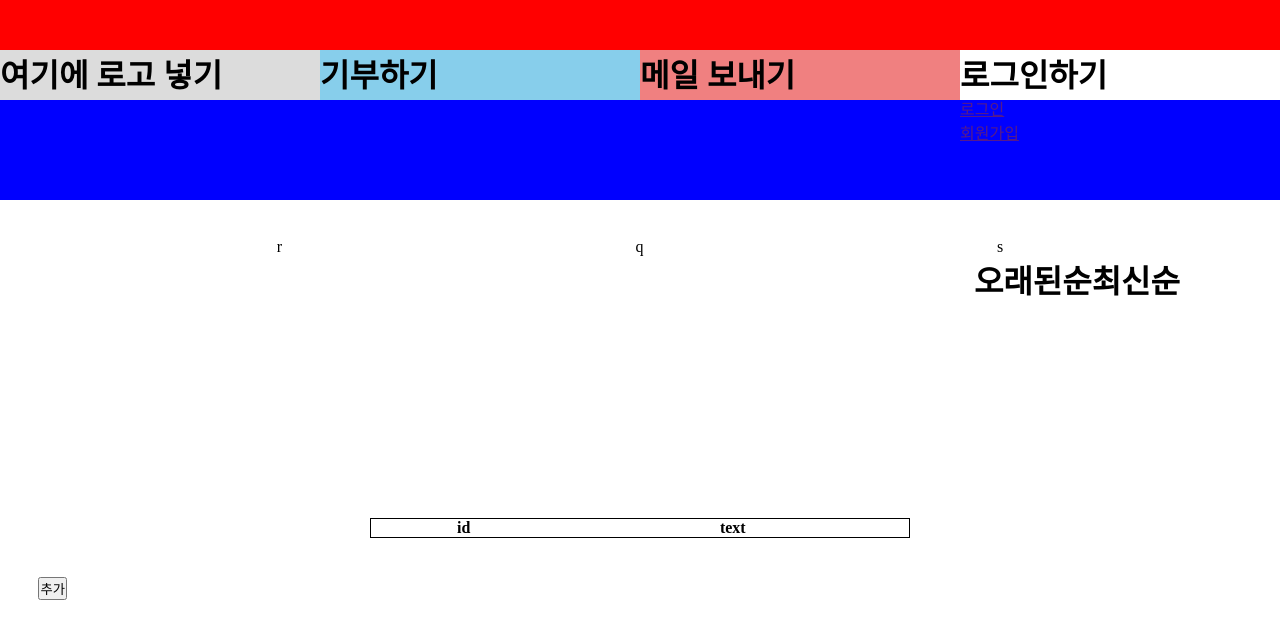
Repository: Yeojin0523/Survey
Page: http://localhost/Blog/Blog/list.jsp
These files come from the project's save history. The page is drawn as it stood at one moment and after the next save; the edit follows.
The browser window is 1280 px wide. The pictures show the whole page.
The page is served by Tomcat 9. Other server files are loaded and not shown. The template is opened directly, without the code that normally fills it, so the values that code supplies are empty.

Above is the page before, as saved 2024-07-29 08:26:29.

### Blog/src/main/webapp/Blog/list.jsp
<%@ page language="java" contentType="text/html; charset=UTF-8"
	pageEncoding="UTF-8"%>
<%@ page import="java.util.List"%>
<%@ page import="java.util.ArrayList"%>
<%@ page import="java.sql.DriverManager"%>
<%@ page import="java.sql.ResultSet"%>
<%@ page import="java.sql.PreparedStatement"%>
<%@ page import="java.sql.Connection"%>
<%@ page import="java.sql.SQLException"%>

<%
Connection conn = null;
PreparedStatement pstmt = null;
ResultSet rs = null;
%>

<!DOCTYPE html>
<html>
<head>
<meta charset="UTF-8">
<title>my blog</title>
<script src="list.js"></script>
<link rel="stylesheet" href="list.css">
</head>
<body>
	<div class="wrapper">
		<div class="wrap">
			<div class="top_gnb_area"></div>
			<div class="top_area">
				<div class="logo_area">
					<h1>여기에 로고 넣기</h1>
				</div>
				<div class="donate_area">
					<h1>기부하기</h1>
				</div>

				<div class="mail_area">
					<h1>메일 보내기</h1>
				</div>
				<div class="login_area">
					<h1>로그인하기</h1>
					<!-- 로그인 안한 상태 -->
					<c:if test="${memeber == null}">
						<div class="loginBtn">
							<a href="">로그인</a>
						</div>
						<span><a href="">회원가입</a></span>
					</c:if>
				</div>
			</div>
		</div>
	</div>
	<div class="frame">
		<table class="outer_table">
			<tr class="category">
				<td>r</td>
				<td>q</td>
				<td>s</td>
			</tr>
			<tr class="list" colspan="2">
				<td>
					<h1>최신순</h1>
				</td>
				<td>
					<h1>오래된순</h1>
				</td>
			</tr>
			<tr>
				<td colspan="3">
					<div class="content">
						<div class="donateList">
							<table class="inner_table">
								<tr>
									<th>id</th>
									<th>text</th>
								</tr>
								<%
								try {
									Class.forName("oracle.jdbc.driver.OracleDriver");
									conn = DriverManager.getConnection("jdbc:oracle:thin:@localhost:1521:XE", "c##systemid", "systempwd");
									String sql = "SELECT * FROM blog";
									pstmt = conn.prepareStatement(sql);
									rs = pstmt.executeQuery();

									while (rs.next()) {
										out.println("<tr>");
										out.println("<td>" + rs.getInt("seq") + "</td>");
										out.println("<td>" + rs.getString("text") + "</td>");
										out.println("</tr>");
									}
								} catch (Exception e) {
									e.printStackTrace();
								} finally {
									try {
										if (rs != null)
									rs.close();
										if (pstmt != null)
									pstmt.close();
										if (conn != null)
									conn.close();
									} catch (Exception e) {
										e.printStackTrace();
									}
								}
								%>
							</table>
						</div>
					</div>
				</td>
			</tr>
		</table>
	</div>


	<div class="button_area">
		<button id="insertBtn">추가</button>
	</div>
</body>
</html>

### Blog/src/main/webapp/Blog/list.js
/** list.js의 script file
 *
 */
document.addEventListener("DOMContentLoaded", function(){
	document.getElementById("insertBtn").addEventListener("click", function(){
		window.location.href="InsertForm.jsp";
	});
});

### Blog/src/main/webapp/Blog/list.css
@charset "UTF-8";
*{
	margin:0;
	padding:0;
}
/*화면 전체*/
.wrapper{
	width:100%;
}
/*content 랩*/
.content{
	width:1080px;
	margin:auto;
}
.top_gnb_area{
	width:100%;
	height:50px;
	background-color: red;
}
.top_area{
	width:100%;
	height:150px;
	background-color: blue;
	align-items: center;
}
.logo_area{
	width:25%;
	height:50px;
	background-color: gainsboro;
	float:left;
}
.donate_area{
	width:25%;
	height:50px;
	background-color: skyblue;
	float:left;
}
.mail_area{
	width:25%;
	height:50px;
	background-color: lightcoral;
	float:left;
}
.login_area{
	width:25%;
	height:50px;
	background-color: white;
	float:right;
}
table{
	margin-left:auto;
	margin-right:auto;
	text-align: center;
}
table, td, th{
	border-collapse: collapse;
}
.outer_table{
	margin-top:3%;
}
.inner_table{
	margin-top:20%;
	width:50%;
	height:50%;
	border:1px solid black;
}
.button_area{
	padding:3%;
}
.list{
	display: flex;
	flex-direction: row-reverse;
}
.category{
	display: flex;
	justify-content: space-around;
	text-align: center;
}

After the next save:
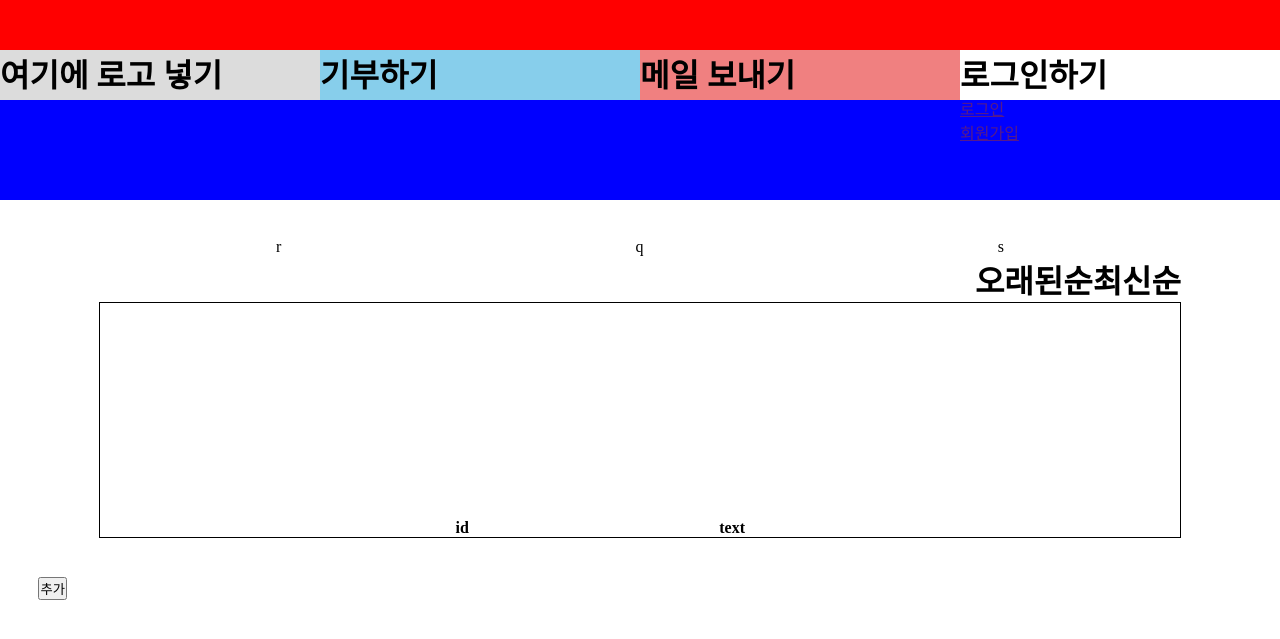
Saved 97 s later.
--- a/Blog/src/main/webapp/Blog/list.css
+++ b/Blog/src/main/webapp/Blog/list.css
@@ -55,6 +55,9 @@ table{
 table, td, th{
 	border-collapse: collapse;
 }
+.content{
+	border:1px solid black;
+}
 .outer_table{
 	margin-top:3%;
 }
@@ -62,7 +65,6 @@ table, td, th{
 	margin-top:20%;
 	width:50%;
 	height:50%;
-	border:1px solid black;
 }
 .button_area{
 	padding:3%;
